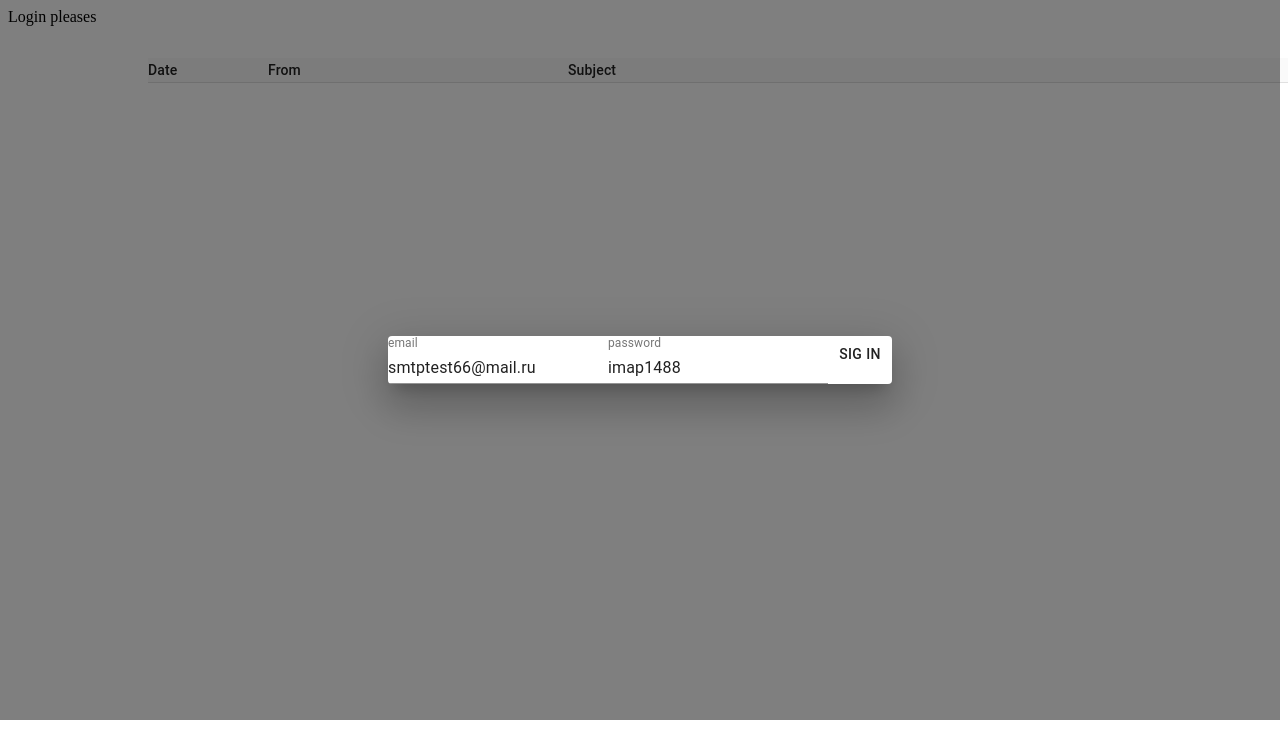
Repository: atakhanovrodion/mailclient
Page: / (app in client/)
The author's editor kept a copy of each file at every save. The page is drawn from the files as they stood at one save, then again after the next save.
The browser window is 1280 px wide. The page is 1288 px wide, so the pictures cover 1288 px, including what lies to the right of the window. The pictures show the whole page.
The project was rebuilt for these pictures with package versions that can differ from the ones it lists, and the page was loaded fresh each time. Also part of the build but not shown: client/webpack.config.js.

Above is the page before, as saved 2021-03-09 17:19:02.

### client/src/index.html
<!DOCTYPE html>
<html lang="en">
  <head>
    <title>MAILCLIENT</title>
  </head>
  <body>
    <div id="root"></div>
  </body>
</html>

### client/src/main.tsx
import * as React from "react";
import * as ReactDOM from "react-dom";

//import "normalize.css";
import "./css/main.css";

import BaseLayout from "./components/BaseLayout";

const baseComponent = ReactDOM.render(
  <BaseLayout />,
  document.getElementById("root")
);

### client/src/css/main.css
.appContainer {
  display: grid;
  grid-template-columns: 140px 1fr;
  grid-template-rows: 50px 1fr;
  width: 100vw;
  height: 100vh;
}
.header {
  grid-column: 1 / 3;
}

.listOfMailboxes {
  grid-column: 1 / 2;
  grid-row: 2 / 2;
}

### client/src/components/BaseLayout.tsx
import * as React from "react";
import Login from "./Login";
import * as api from "../api";
import Header from "./Header";
import ListOfMailboxes from "./ListOfMailboxes";
import ListOfMessages from "./ListOfMessages";
type MyState = {
  isAuth: false;
  loginEmail: string;
  loginPassword: string;
  currenEmail: string;
  currentPassword: string;
  listOfMailboxes: api.IMailbox[];
  listOfMessages: api.IMessage[];
  currentHost: string;
  currentMailboxList: [];
  currentMessageBody: string;
  currentMailbox: string;
};

class BaseLayout extends React.Component {
  constructor(props: any) {
    super(props);
    this.handleInput = this.handleInput.bind(this);
    this.tryAuth = this.tryAuth.bind(this);
    this.signOut = this.signOut.bind(this);
    this.getMailbox = this.getMailbox.bind(this);
    this.getMessage = this.getMessage.bind(this);
  }
  state: MyState = {
    isAuth: false,
    loginEmail: "smtptest66@mail.ru",
    loginPassword: "imap1488",
    currenEmail: "undefined",
    currentPassword: "",
    listOfMailboxes: [],
    listOfMessages: [],
    currentHost: "",
    currentMailboxList: [],
    currentMessageBody: "",
    currentMailbox: "INBOx",
  };
  render() {
    return (
      <div>
        <Login
          onSubmit={this.tryAuth}
          onChange={this.handleInput}
          isOpen={this.state.isAuth}
          user={this.state.loginEmail}
          pass={this.state.loginPassword}
        />

        <div className="appContainer">
          <div className="header">
            <Header
              onClick={this.signOut}
              currentEmail={this.state.currenEmail}
              isAuth={this.state.isAuth}
            />
          </div>
          <div className="listOfMailboxes">
            <ListOfMailboxes
              mailboxes={this.state.listOfMailboxes}
              onClick={this.getMailbox}
            />
          </div>
          <div className="centerArea">
            {" "}
            <ListOfMessages
              messages={this.state.listOfMessages}
              onClick={this.getMessage}
            />
            {this.state.currentMessageBody}{" "}
          </div>
        </div>
      </div>
    );
  }
  handleInput(e: any): void {
    const target: string = e.target.id;
    this.setState({ [target]: e.target.value });
  }
  async tryAuth(): Promise<void> {
    let domain: string = findDomain(this.state.loginEmail);

    const info: api.IAuthInfo = {
      user: this.state.loginEmail,
      password: this.state.loginPassword,
      host: "imap." + domain,
      port: 993,
    };
    const apiWorker = new api.Worker(info);

    if ((await apiWorker.tryAuth()) == "succes") {
      const data = {
        loginEmail: "",
        loginPassword: "",
        isAuth: true,
        currenEmail: this.state.loginEmail,
        currentPassword: this.state.loginPassword,
        currentHost: domain,
      };
      this.setState(data);
      console.log(this.state);
      this.getListOfMailboxes();
      //TODO
      this.getMailbox("INBOx");
    }
    this.setState({ loginEmail: "", loginPassword: "" });
  }
  async getListOfMailboxes(): Promise<void> {
    console.log(this.state.currentHost);

    const info: api.IAuthInfo = {
      user: this.state.currenEmail,
      password: this.state.currentPassword,
      host: "imap." + this.state.currentHost,
      port: 993,
    };
    const apiWorker = new api.Worker(info);
    const mailboxes = await apiWorker.listOfMailboxes();
    this.setState({ listOfMailboxes: mailboxes });
  }
  async getMailbox(path: string): Promise<void> {
    const info: api.IAuthInfo = {
      user: this.state.currenEmail,
      password: this.state.currentPassword,
      host: "imap." + this.state.currentHost,
      port: 993,
    };
    const apiWorker: api.Worker = new api.Worker(info);
    const messages: api.IMessage[] = await apiWorker.getMailbox(path);
    this.setState({ listOfMessages: messages, currentMailbox: path });
    console.log(this.state);
  }
  async getMessage(message: api.IMessage): Promise<void> {
    const info: api.IAuthInfo = {
      user: this.state.currenEmail,
      password: this.state.currentPassword,
      host: "imap." + this.state.currentHost,
      port: 993,
    };
    const apiWorker: api.Worker = new api.Worker(info);
    const messageBody: string = await apiWorker.getMessage(
      this.state.currentMailbox,
      message.id.toString()
    );
    this.setState({
      currentMessageBody: messageBody,
    });
  }
  signOut(): void {
    this.setState({
      isAuth: false,
      listOfMailboxes: [],
      listOfMessages: [],
    });
  }
}
export default BaseLayout;

//TODO
//email validation
function findDomain(addres: string): string {
  return "mail.ru";
}

### client/src/components/Login.tsx
import React from "react";
import Dialog from "@material-ui/core/Dialog";
import TextField from "@material-ui/core/TextField";
import Button from "@material-ui/core/Button";
type Props = {
  onSubmit: any;
  onChange: any;
  isOpen: boolean;
  user: string;
  pass: string;
};

const Login: React.FC<Props> = ({ onSubmit, onChange, isOpen, user, pass }) => {
  return (
    <div>
      <Dialog open={!isOpen} disableBackdropClick={true} disableEscapeKeyDown={true}>
        <form>
          <TextField
            id="loginEmail"
            onChange={onChange}
            label="email"
            value={user}
          />
          <TextField
            id="loginPassword"
            onChange={onChange}
            label="password"
            value={pass}
          />
          <Button onClick={onSubmit}>Sig in</Button>
        </form>
      </Dialog>
    </div>
  );
};

export default Login;

### client/src/api.ts
import axios, { AxiosResponse } from "axios";

export interface IAuthInfo {
  host: string;
  port: number;
  user: string;
  password: string;
}
export interface IMailbox {
  name: string;
  path: string;
}
export interface IMessage {
  id: number;
  from: string;
  subject: string;
  date: string;
  body?: string;
}

export class Worker {
  private static info: IAuthInfo;
  constructor(info: IAuthInfo) {
    Worker.info = info;
  }

  public async tryAuth(): Promise<string> {
    const response: AxiosResponse = await axios.post(
      "http://localhost:3001/auth",
      Worker.info
    );
    return response.data;
  }
  public async listOfMailboxes(): Promise<IMailbox[]> {
    const response: AxiosResponse = await axios.get(
      "http://localhost:3001/mailboxes"
    );
    return response.data;
  }
  public async getMailbox(mailbox: string): Promise<IMessage[]> {
    const response: AxiosResponse = await axios.get(
      `http://localhost:3001/mailboxes/${mailbox}`
    );
    return response.data;
  }
  public async getMessage(mailbox: string, id: string): Promise<string> {
    const response: AxiosResponse = await axios.get(
      `http://localhost:3001/mailboxes/${mailbox}/${id}`
    );
    return response.data;
  }
}

### client/src/components/Header.tsx
import React from "react";
import Button from "@material-ui/core/Button";
type Props = {
  onClick: any;
  currentEmail: string;
  isAuth: boolean;
};

const Header: React.FC<Props> = ({ onClick, currentEmail, isAuth }) => {
  return (
    <div>
      {isAuth == true ? (
        <div>
          Your email:{currentEmail}
          <Button onClick={onClick}>Sign out</Button>
        </div>
      ) : (
        <div>Login pleases </div>
      )}
    </div>
  );
};
export default Header;

### client/src/components/ListOfMailboxes.tsx
import React from "react";
import { IMailbox } from "../api";
import Chip from "@material-ui/core/Chip";
import List from "@material-ui/core/List";
type Props = {
  mailboxes: IMailbox[];
  onClick: any;
};

const listOfMailboxes: React.FC<Props> = ({ mailboxes, onClick }) => {
  return (
    <List>
      {mailboxes.map((value) => {
        return (
          <Chip
            onClick={() => {
              onClick(value.path);
            }}
            label={`${value.name}`}
          />
        );
      })}
    </List>
  );
};
export default listOfMailboxes;

### client/src/components/ListOfMessages.tsx
import React from "react";
import { IMessage } from "../api";

import Table from "@material-ui/core/Table";
import TableBody from "@material-ui/core/TableBody";
import TableCell from "@material-ui/core/TableCell";
import TableHead from "@material-ui/core/TableHead";
import TableRow from "@material-ui/core/TableRow";

type Props = {
  messages: IMessage[];
  onClick: any;
};

const ListOfMessages: React.FC<Props> = ({ messages, onClick }) => (
  <Table stickyHeader padding="none">
    <TableHead>
      <TableRow>
        <TableCell style={{ width: 120 }}>Date</TableCell>
        <TableCell style={{ width: 300 }}>From</TableCell>
        <TableCell>Subject</TableCell>
      </TableRow>
    </TableHead>
    <TableBody>
      {messages.map((message) => (
        <TableRow
          onClick={() => {
            onClick(message);
          }}
          key={message.id}
        >
          <TableCell>{new Date(message.date).toLocaleDateString()}</TableCell>
          <TableCell>{message.from}</TableCell>
          <TableCell>{message.subject}</TableCell>
        </TableRow>
      ))}
    </TableBody>
  </Table>
); /* Mailboxes. */

export default ListOfMessages;

After the next save:
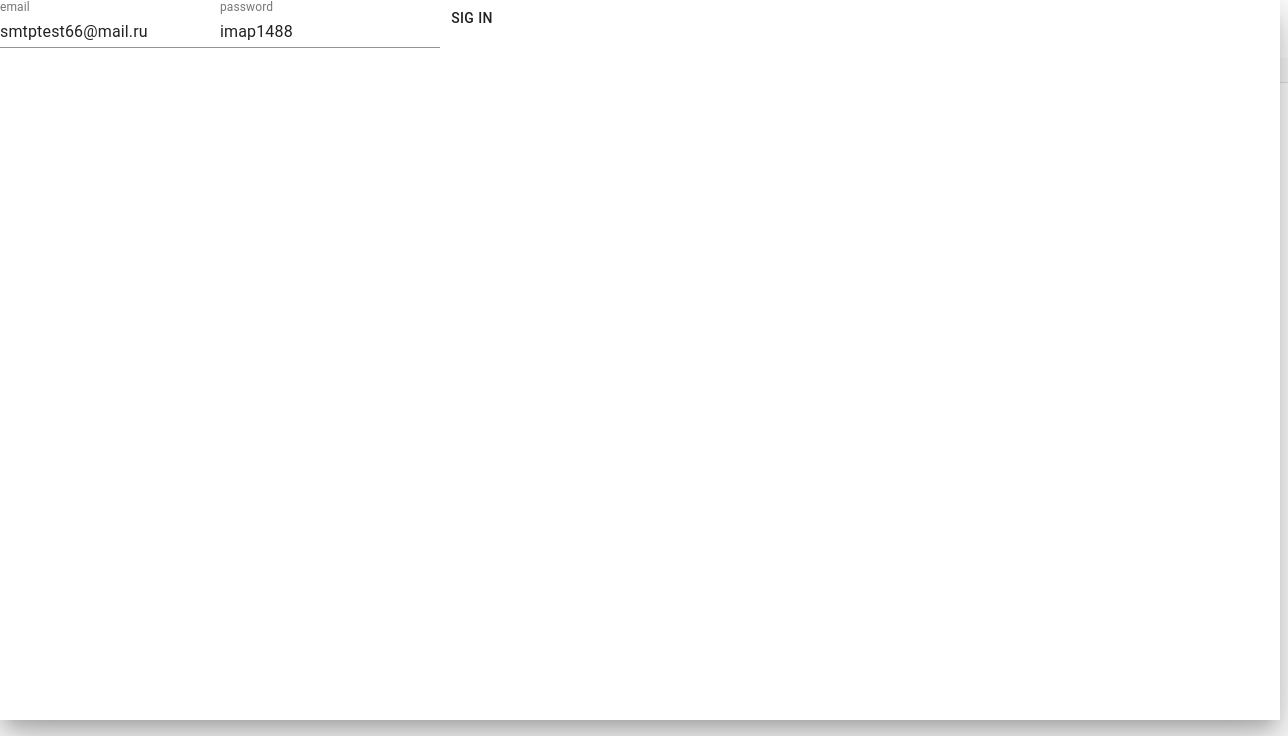
Saved 34 s later.
--- a/client/src/components/Login.tsx
+++ b/client/src/components/Login.tsx
@@ -13,7 +13,12 @@
 const Login: React.FC<Props> = ({ onSubmit, onChange, isOpen, user, pass }) => {
   return (
     <div>
-      <Dialog open={!isOpen} disableBackdropClick={true} disableEscapeKeyDown={true}>
+      <Dialog
+        open={!isOpen}
+        disableBackdropClick={true}
+        disableEscapeKeyDown={true}
+        fullScreen={true}
+      >
         <form>
           <TextField
             id="loginEmail"

After the save that followed:
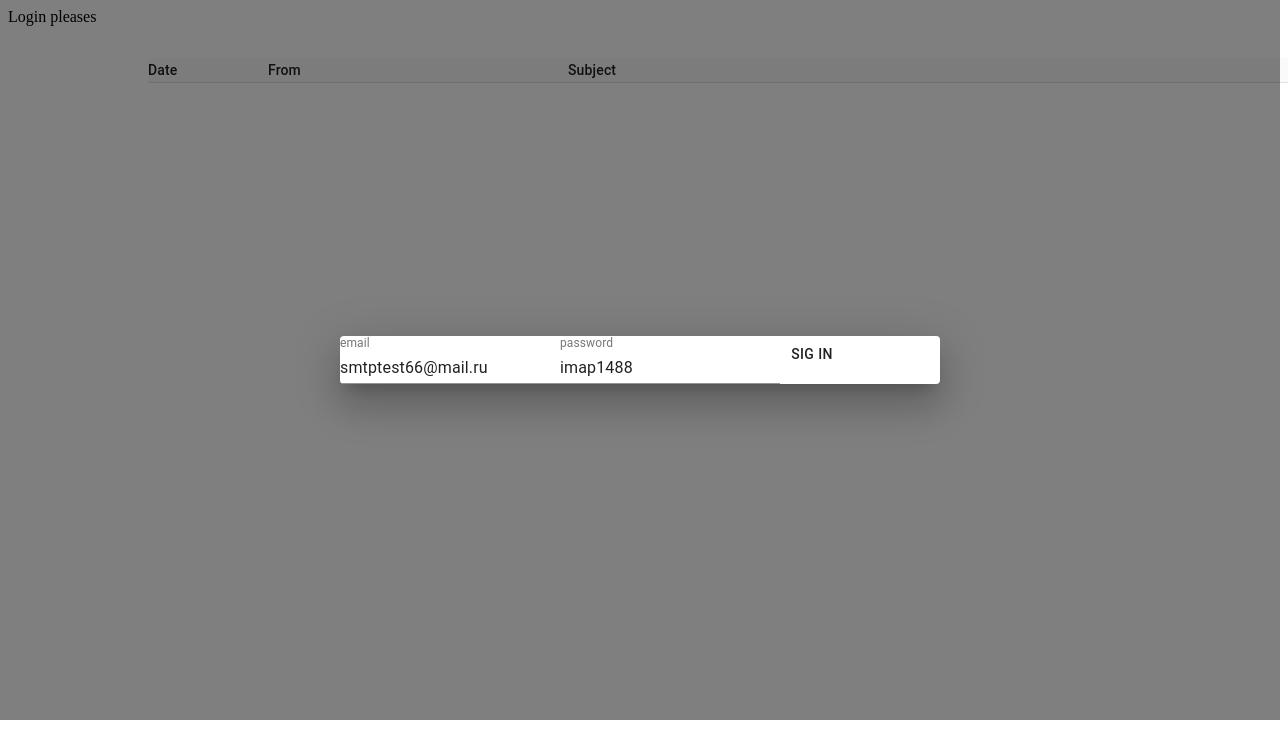
Saved 48 s later.
--- a/client/src/components/Login.tsx
+++ b/client/src/components/Login.tsx
@@ -17,7 +17,7 @@
         open={!isOpen}
         disableBackdropClick={true}
         disableEscapeKeyDown={true}
-        fullScreen={true}
+        fullWidth={true}
       >
         <form>
           <TextField
